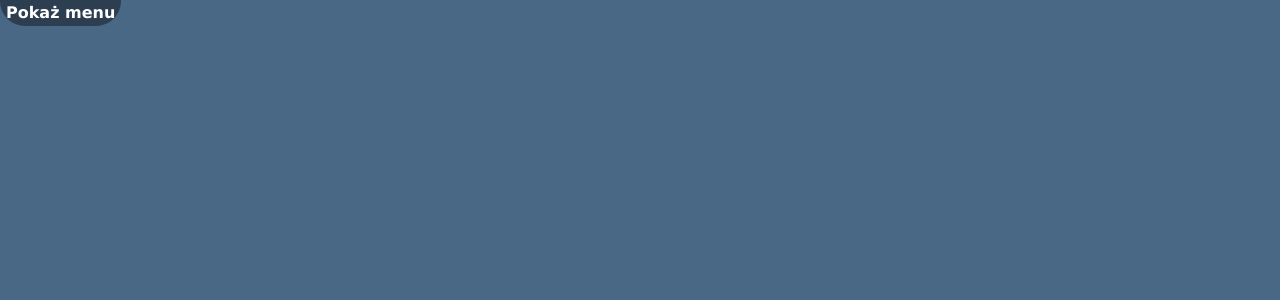
Repository: K4ziWolf/kazi
Page: /
An editor plug-in stored every save of this project. The page is shown before and after the next save, followed by the edit.
The browser window is 1280 px wide. The pictures show the whole page.
The project was rebuilt for these pictures with package versions that can differ from the ones it lists, and the page was loaded fresh each time. Also part of the build but not shown: vue.config.js, src/components/menu_screen.vue, src/components/login_screen.vue, src/components/option_screen.vue.

Above is the page before, as saved 2023-10-20 19:58:51.

### src/App.vue
<template>
<body>
  <div id="box">
    <div class="x-btn"><button class="xd-btn" v-bind:class="open_menu_button " @click="showMenuScreen">Pokaż menu</button>
      <menu_screen v-if="isMenuScreenVisible" @hide-menu-screen="hideMenuScreen" @show-login-screen="showLoginScreen" @change-theme="changeTheme" @option-open="optionOpener">
    </menu_screen>

    <div> <!--menu_scree i login_screen odpowiedzialne są za pokazywanie się tych komponentów-->
      <login_screen v-if="isLoginScreenVisible" @hide-login-screen="hideLoginScreen">
      </login_screen>
    </div>
    <option_screen v-if="isOptionScreenVisible" @hide-option-screen="HideOptionScreen">
      </option_screen>
  </div>
  </div>
</body>
</template>

<script>
import menu_screen from './components/menu_screen.vue';
import login_screen from './components/login_screen.vue';
import option_screen from './components/option_screen.vue';
export default {
  components: {
    menu_screen,
    login_screen,
    option_screen,
  },
  data() {
    return {
      open_menu_button: "show",
      open_login_button: "show",
      isLoginScreenVisible: false,
      isMenuScreenVisible: false,
      changecolor:0,
      isOptionScreenVisible: false,
    };
  },
  methods: {
    optionOpener(){
      this.isOptionScreenVisible = true;
    },
    HideOptionScreen(){
      setTimeout(() => {
      this.isOptionScreenVisible = false;
      }, 1000);
    },
    changeTheme() {
        this.changecolor += 1;
      if (this.changecolor % 2 === 0) {
        document.body.style.backgroundColor = 'blue';
      } else {
        document.body.style.backgroundColor = 'red';
      }
    },
    showMenuScreen() { //funkcja pokazująca menu
      this.isMenuScreenVisible = true;
      this.open_menu_button = "hidden";
      this.open_login_button = "show";
    },
    hideMenuScreen() {
      setTimeout(() => { //timeout aby animacja była płynna
        this.open_menu_button = "show";
        this.isMenuScreenVisible = false;
      }, 1200);
    },
    showLoginScreen() {
      this.isLoginScreenVisible = true;
      setTimeout(() => {
      this.isMenuScreenVisible = false;
      }, 1000);
    },
    hideLoginScreen() {
      setTimeout(() => {
        this.open_login_button = "show";
        this.open_menu_button ='show'
        this.isLoginScreenVisible = false;
      }, 1500);
    },
  },
};
</script>

<style>
@import '/src/style.css';

#app {
  font-family: Avenir, Helvetica, Arial, sans-serif;
  -webkit-font-smoothing: antialiased;
  -moz-osx-font-smoothing: grayscale;
  text-align: center;
  color: #2c3e50;
}
.show {
  opacity: 1;
  animation: show_button 0.4s;
}
@keyframes show_button {
  from {
    opacity: 0;
  }
  to {
    opacity: 1;
  }
}
.hidden {
  animation: hide_button 0.4s;
  opacity: 0;
}
@keyframes hide_button {
  from {
    opacity: 1;
  }
  to {
    opacity: 0;
  }
}
body { /*testy moje do zmiany */
  height: 100%;
  width: 100%;
  background-color: rgb(127, 247, 207);
}
.x-btn {
  background-color: rgb(61, 61, 61);
  justify-content: left;
  text-align: left;

}
.xd-btn {
  text-decoration: none;
  border: none;
  font-family: Verdana, Geneva, Tahoma, sans-serif;
  background-color: #2c3e50;
  border-bottom-left-radius: 25px;
  border-bottom-right-radius: 25px;
  color: white;
  font-weight: bolder;
  position: absolute;
  justify-content: left;
}
html {
  background-color: #496886;
}
</style>

### src/style.css
template {
    background-color: aqua;
}

Loaded but not shown: public/index.html (common file); src/main.js (common file)

After the next save:
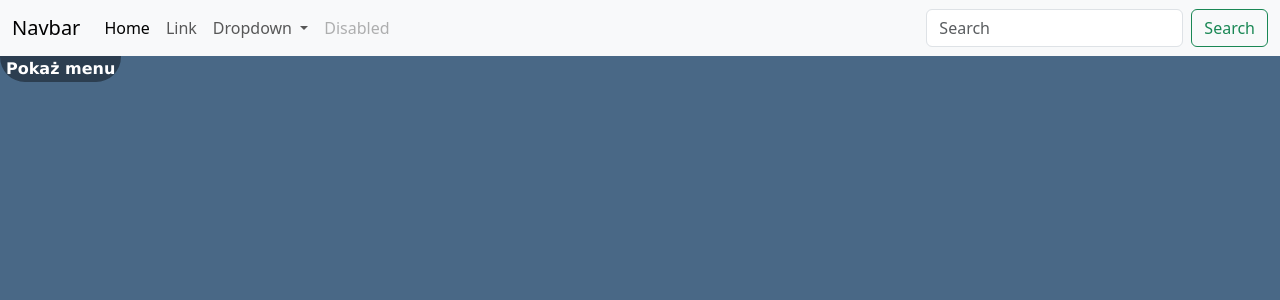
Saved 7 min 17 s later.
--- a/src/App.vue
+++ b/src/App.vue
@@ -1,5 +1,41 @@
 <template>
 <body>
+  <nav class="navbar navbar-expand-lg navbar-light bg-light">
+  <div class="container-fluid">
+    <a class="navbar-brand" href="#">Navbar</a>
+    <button class="navbar-toggler" type="button" data-bs-toggle="collapse" data-bs-target="#navbarSupportedContent" aria-controls="navbarSupportedContent" aria-expanded="false" aria-label="Toggle navigation">
+      <span class="navbar-toggler-icon"></span>
+    </button>
+    <div class="collapse navbar-collapse" id="navbarSupportedContent">
+      <ul class="navbar-nav me-auto mb-2 mb-lg-0">
+        <li class="nav-item">
+          <a class="nav-link active" aria-current="page" href="#">Home</a>
+        </li>
+        <li class="nav-item">
+          <a class="nav-link" href="#">Link</a>
+        </li>
+        <li class="nav-item dropdown">
+          <a class="nav-link dropdown-toggle" href="#" id="navbarDropdown" role="button" data-bs-toggle="dropdown" aria-expanded="false">
+            Dropdown
+          </a>
+          <ul class="dropdown-menu" aria-labelledby="navbarDropdown">
+            <li><a class="dropdown-item" href="#">Action</a></li>
+            <li><a class="dropdown-item" href="#">Another action</a></li>
+            <li><hr class="dropdown-divider"></li>
+            <li><a class="dropdown-item" href="#">Something else here</a></li>
+          </ul>
+        </li>
+        <li class="nav-item">
+          <a class="nav-link disabled" href="#" tabindex="-1" aria-disabled="true">Disabled</a>
+        </li>
+      </ul>
+      <form class="d-flex">
+        <input class="form-control me-2" type="search" placeholder="Search" aria-label="Search">
+        <button class="btn btn-outline-success" type="submit">Search</button>
+      </form>
+    </div>
+  </div>
+</nav>
   <div id="box">
     <div class="x-btn"><button class="xd-btn" v-bind:class="open_menu_button " @click="showMenuScreen">Pokaż menu</button>
       <menu_screen v-if="isMenuScreenVisible" @hide-menu-screen="hideMenuScreen" @show-login-screen="showLoginScreen" @change-theme="changeTheme" @option-open="optionOpener">
@@ -91,6 +127,7 @@
   text-align: center;
   color: #2c3e50;
 }
+
 .show {
   opacity: 1;
   animation: show_button 0.4s;

After the save that followed:
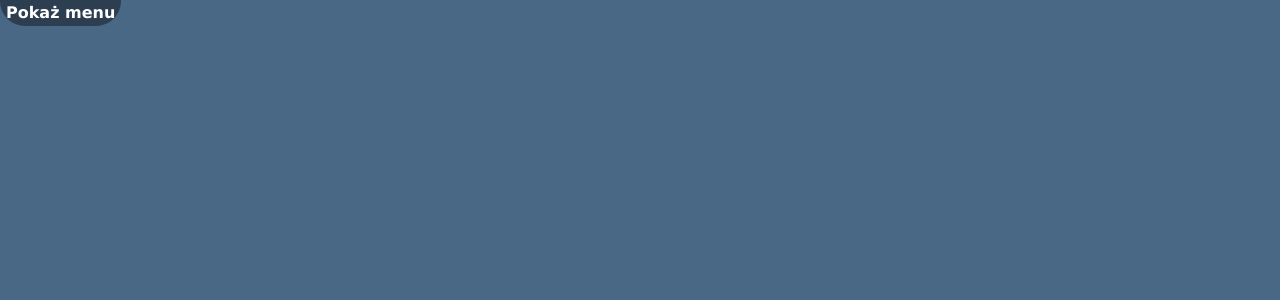
Saved 21 s later.
--- a/src/App.vue
+++ b/src/App.vue
@@ -1,41 +1,5 @@
 <template>
 <body>
-  <nav class="navbar navbar-expand-lg navbar-light bg-light">
-  <div class="container-fluid">
-    <a class="navbar-brand" href="#">Navbar</a>
-    <button class="navbar-toggler" type="button" data-bs-toggle="collapse" data-bs-target="#navbarSupportedContent" aria-controls="navbarSupportedContent" aria-expanded="false" aria-label="Toggle navigation">
-      <span class="navbar-toggler-icon"></span>
-    </button>
-    <div class="collapse navbar-collapse" id="navbarSupportedContent">
-      <ul class="navbar-nav me-auto mb-2 mb-lg-0">
-        <li class="nav-item">
-          <a class="nav-link active" aria-current="page" href="#">Home</a>
-        </li>
-        <li class="nav-item">
-          <a class="nav-link" href="#">Link</a>
-        </li>
-        <li class="nav-item dropdown">
-          <a class="nav-link dropdown-toggle" href="#" id="navbarDropdown" role="button" data-bs-toggle="dropdown" aria-expanded="false">
-            Dropdown
-          </a>
-          <ul class="dropdown-menu" aria-labelledby="navbarDropdown">
-            <li><a class="dropdown-item" href="#">Action</a></li>
-            <li><a class="dropdown-item" href="#">Another action</a></li>
-            <li><hr class="dropdown-divider"></li>
-            <li><a class="dropdown-item" href="#">Something else here</a></li>
-          </ul>
-        </li>
-        <li class="nav-item">
-          <a class="nav-link disabled" href="#" tabindex="-1" aria-disabled="true">Disabled</a>
-        </li>
-      </ul>
-      <form class="d-flex">
-        <input class="form-control me-2" type="search" placeholder="Search" aria-label="Search">
-        <button class="btn btn-outline-success" type="submit">Search</button>
-      </form>
-    </div>
-  </div>
-</nav>
   <div id="box">
     <div class="x-btn"><button class="xd-btn" v-bind:class="open_menu_button " @click="showMenuScreen">Pokaż menu</button>
       <menu_screen v-if="isMenuScreenVisible" @hide-menu-screen="hideMenuScreen" @show-login-screen="showLoginScreen" @change-theme="changeTheme" @option-open="optionOpener">
@@ -127,7 +91,6 @@
   text-align: center;
   color: #2c3e50;
 }
-
 .show {
   opacity: 1;
   animation: show_button 0.4s;
